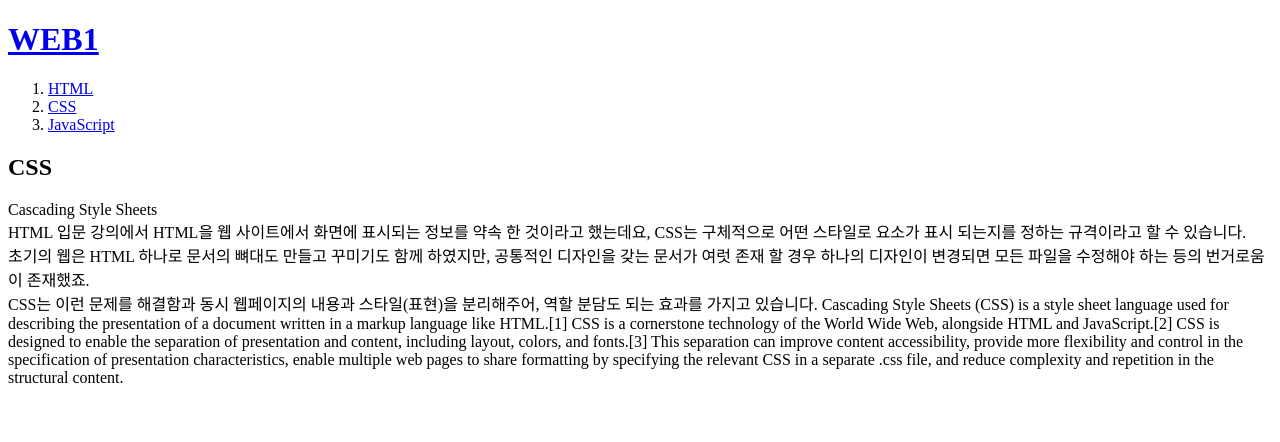
Repository: winterer4/Web-1
Page: HTML5/1.html
An editor plug-in stored every save of this project. The page is shown before and after the next save, followed by the edit.
The browser window is 1280 px wide. The pictures show the whole page.

Above is the page before, as saved 2018-10-29 07:30:32.

After the next save:
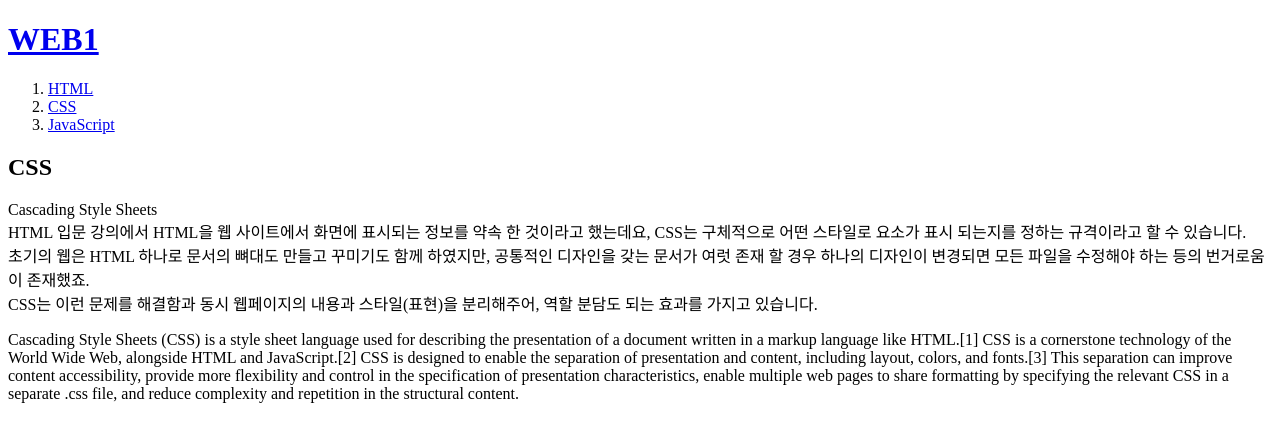
Saved 25 s later.
--- a/HTML5/1.html
+++ b/HTML5/1.html
@@ -24,6 +24,8 @@ CSS는 구체적으로 어떤 스타일로 요소가 표시 되는지를 정하
 <br>
 CSS는 이런 문제를 해결함과 동시 웹페이지의 내용과 스타일(표현)을 분리해주어, 역할 분담도 되는 효과를 가지고 있습니다.
 
+</p>
+<p>
 Cascading Style Sheets (CSS) is a style sheet language used for describing the presentation of a document written in a markup language like HTML.[1] CSS is a cornerstone technology of the World Wide Web, alongside HTML and JavaScript.[2]
 
 CSS is designed to enable the separation of presentation and content, including layout, colors, and fonts.[3] This separation can improve content accessibility, provide more flexibility and control in the specification of presentation characteristics, enable multiple web pages to share formatting by specifying the relevant CSS in a separate .css file, and reduce complexity and repetition in the structural content.
